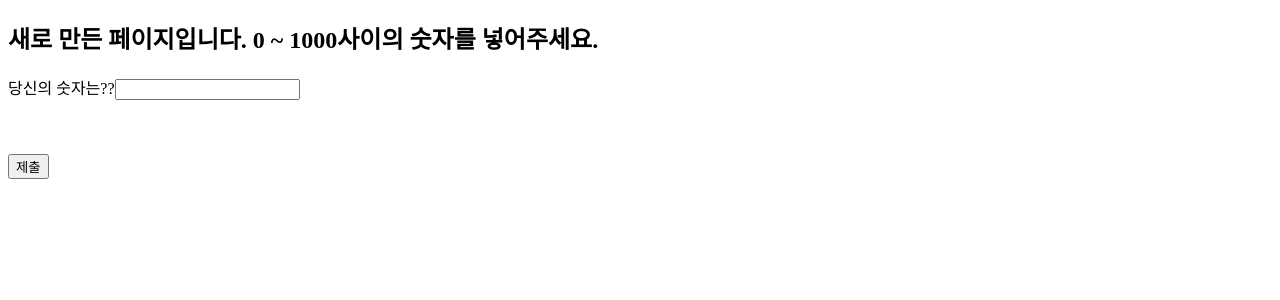
Repository: pearlgate/homework
Page: http://localhost/randomNum/jspRandom.jsp
The author's editor kept a copy of each file at every save. The page is drawn from the files as they stood at one save, then again after the next save.
The browser window is 1280 px wide. The pictures show the whole page.
The page is served by Tomcat 9.

Above is the page before, as saved 2021-02-25 07:33:07.

After the next save:
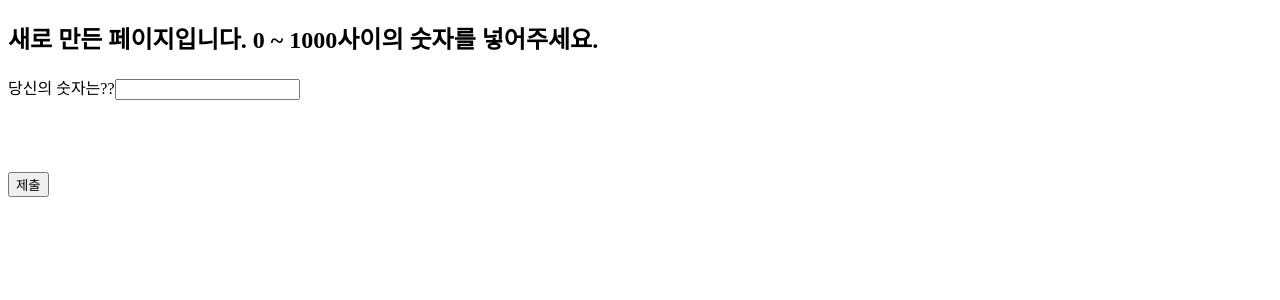
Saved 43 s later.
--- a/Noh/JAVA/Servlet jsp/servlet_workspace/randomNum/WebContent/jspRandom.jsp
+++ b/Noh/JAVA/Servlet jsp/servlet_workspace/randomNum/WebContent/jspRandom.jsp
@@ -16,6 +16,7 @@
 	GameValue max = new GameValue(1000);
 	int maxNum = max.getValue();
 	GameValue hit = new GameValue(1);
+
 	GameValue ran = new GameValue();
 	int random = ran.setRandom(max.getValue());
 
@@ -29,6 +30,8 @@
 			<input type="hidden" name="max" value="max.getValue()"><br>
 			<input type="hidden" name="min" value="min.getValue()"><br>
 			<input type="hidden" name="hit" value="hit.getValue()"><br>
+			<input type="hidden" name="random" value="random"><br>
+
 			<input type="submit" value="제출">
 		</form>
 	</div>
